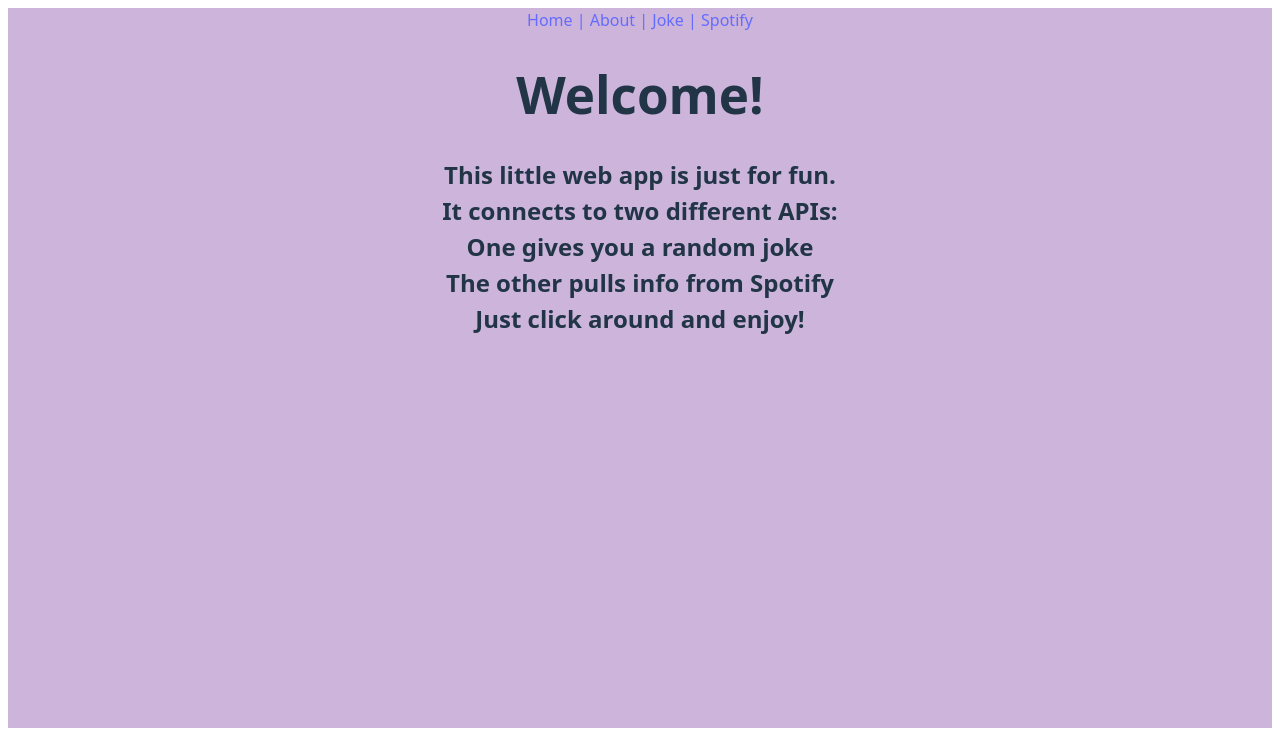
Repository: rosieomusic/spotify-react
Page: /
These files come from the project's save history. The page is drawn as it stood at one moment and after the next save; the edit follows.
The browser window is 1280 px wide. The pictures show the whole page.
The project was rebuilt for these pictures with package versions that can differ from the ones it lists, and the page was loaded fresh each time. Settings that the repository does not hold, such as keys and server addresses, were given made-up values. Also part of the build but not shown: vite.config.js, src/pages/AboutPage.jsx, src/services/SpotifyService.js, src/components/AlbumComponent.jsx, src/pages/SpotifyPage.jsx, src/services/JokeService.js, src/pages/JokePage.jsx.

Above is the page before, as saved 2025-05-09 18:39:59.

After the next save:
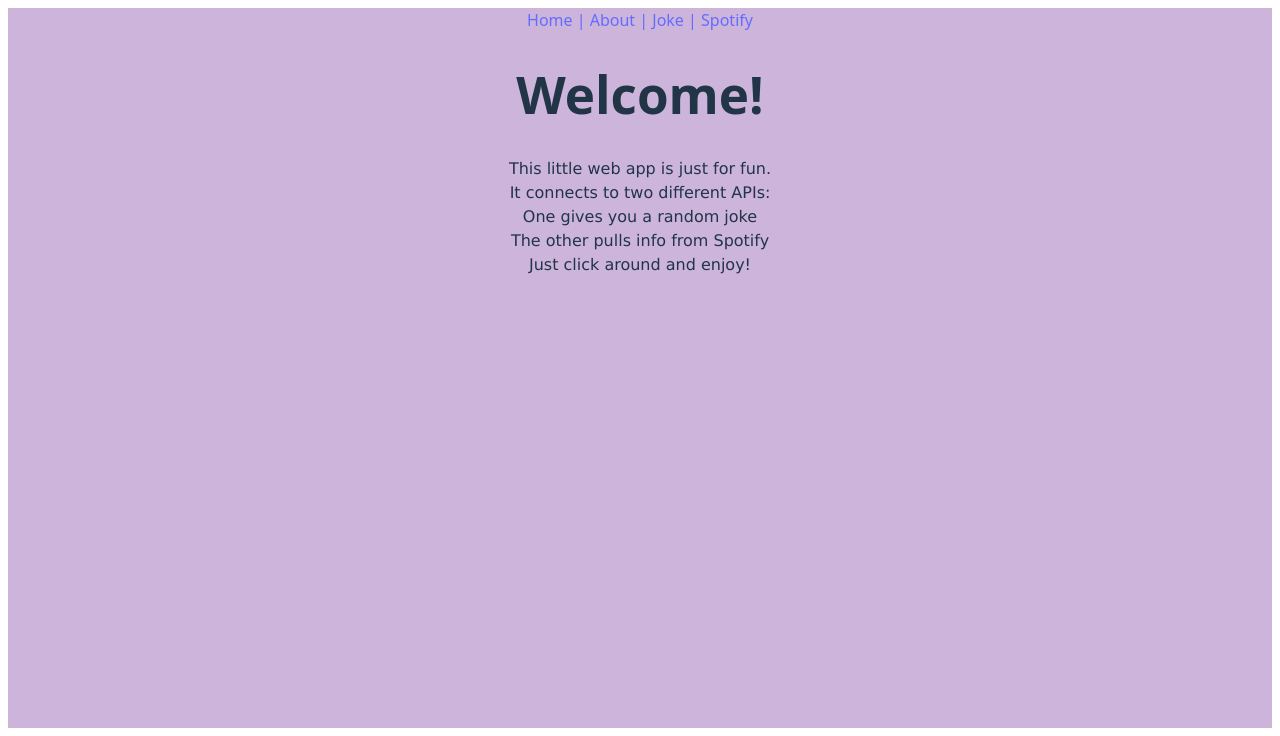
Saved 100 s later.
--- a/src/pages/HomePage.jsx
+++ b/src/pages/HomePage.jsx
@@ -4,14 +4,14 @@ export default function HomePage() {
 	return (
 		<div>
 			<h1>Welcome!</h1>
-			<h2>
+			<p>
 				This little web app is just for fun. <br />
 				It connects to two different APIs: <br />
 				One gives you a random joke <br />
 				The other pulls info from Spotify
 				<br />
 				Just click around and enjoy!
-			</h2>
+			</p>
 		</div>
 	);
 }
